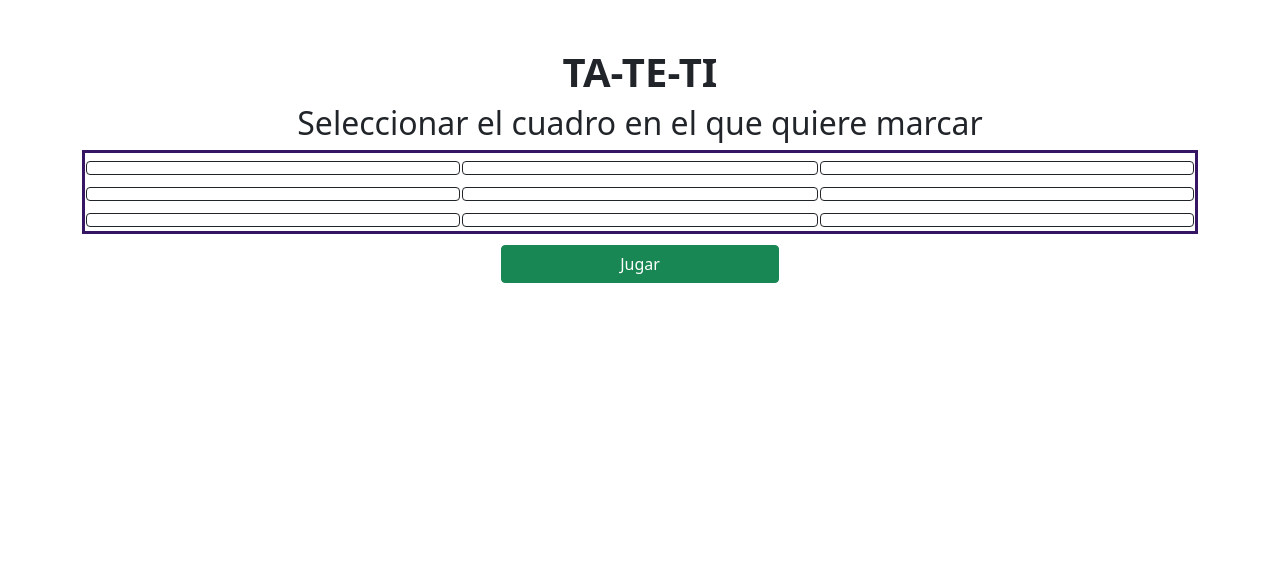
Repository: Lean97-start/TATETI
Page: Tateti.html
An editor plug-in stored every save of this project. The page is shown before and after the next save, followed by the edit.
The browser window is 1280 px wide. The pictures show the whole page.

Above is the page before, as saved 2021-07-11 23:27:05.
Console error: SyntaxError: Unexpected token ')'

After the next save:
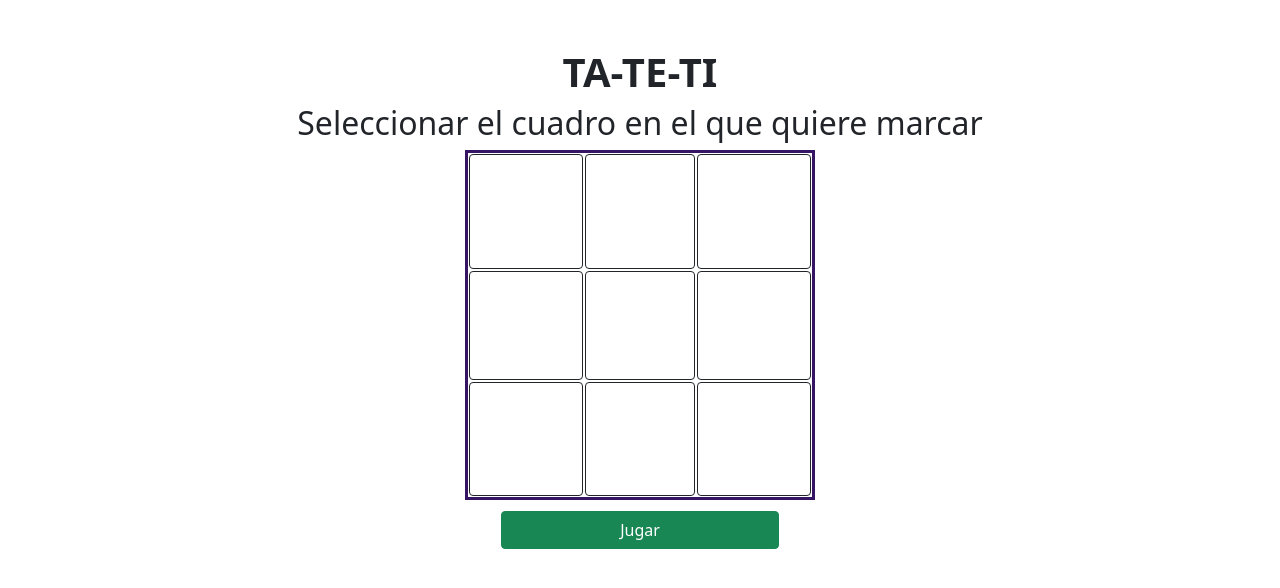
Saved 34 s later.
--- a/Tateti.html
+++ b/Tateti.html
@@ -14,7 +14,7 @@
         <H2 class="fw-normal text-center">Seleccionar el cuadro en el que quiere marcar</H2>
 
 
-                <table class="border-3 text-center w-100 h-100 bg-white" id="cuadro">
+                <table class="border-3 text-center " id="cuadro">
                     <tr>
                         <td><button class="btn border-dark w-100 h-100" id="11"></button></td>
                         <td><button class="btn border-dark w-100 h-100" id="21"></button></td>
